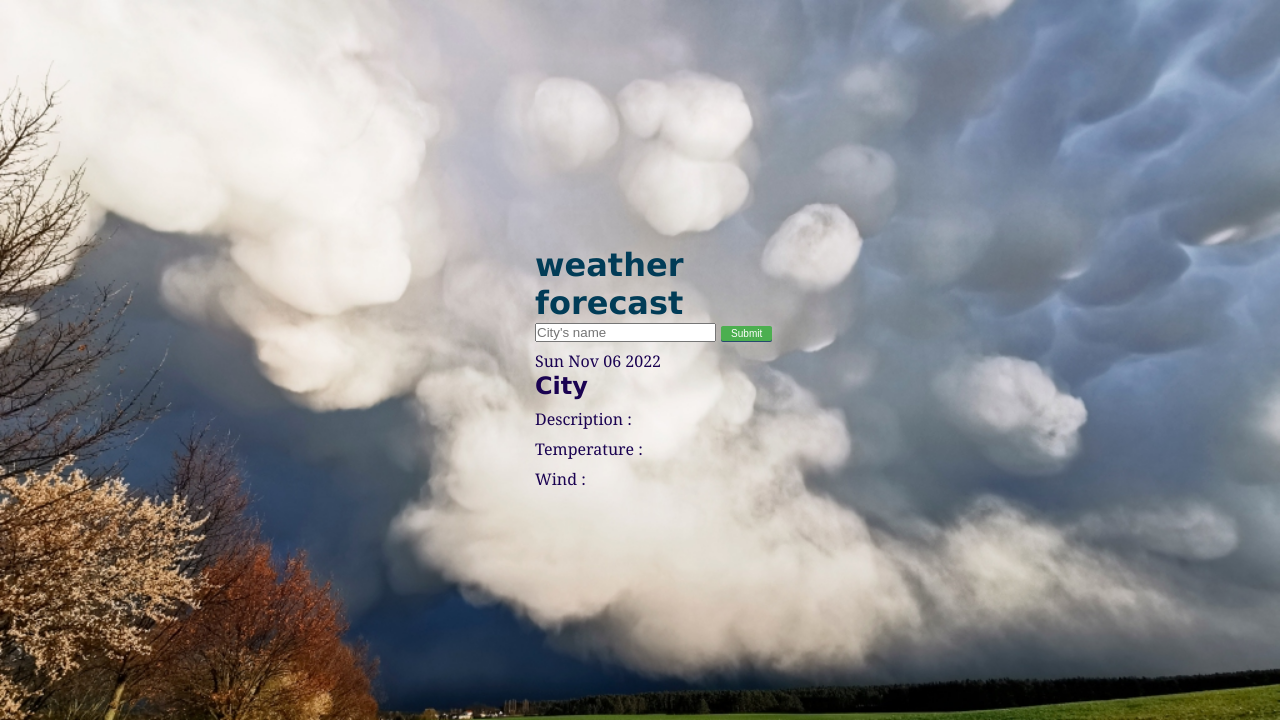
Repository: heartbreathing/searchWeather
Page: index.html
The author's editor kept a copy of each file at every save. The page is drawn from the files as they stood at one save, then again after the next save.
The browser window is 1280 px wide. The pictures show the whole page.

Above is the page before, as saved 2022-11-07 09:08:40.

### index.html
<!DOCTYPE html>
<html lang="en">
  <head>
    <meta charset="UTF-8" />
    <meta http-equiv="X-UA-Compatible" content="IE=edge" />
    <meta name="viewport" content="width=device-width, initial-scale=1.0" />
    <title>search_weather</title>
    <link rel="stylesheet" href="index.css" />
  </head>
  <body>
    <div class="content">
      <h1>weather forecast</h1>

      <form class="form">
        <input type="text" name="name" placeholder="City's name" />
        <button type="submit" class="btn">Submit</button>
      </form>
      <div class="time content_line"></div>
      <h2><span class="name capitalize">City</span></h2>
      <p class="content_line">Description :<span class="description"></span></p>
      <p class="content_line">
        Temperature : <span class="temperature"></span>
      </p>
      <p class="content_line">Wind :<span class="wind"></span></p>
    </div>

    <script src="index.js"></script>
  </body>
</html>

### index.css
* {
    margin: 0;
    padding: 0;
    box-sizing: border-box ;
}
body {
    background-color: rgb(148, 141, 247);
    background-image: url(./image/background_image.jpg);
    background-repeat: no-repeat;
    background-size:cover;
    font-family: 'Lucida Sans', 'Lucida Sans Regular', 'Lucida Grande', 'Lucida Sans Unicode', Geneva, Verdana, sans-serif ;
    color: rgb(26, 2, 81);
}
.content {
    position: absolute;
    display: inline-block;
    width: 300px;
    top:50%;
    left:50%;
    transform: translate(-35%, -50%);
    row-gap: 1rem;
}
h1 {
    margin-top: 1rem;
    color: rgb(1, 60, 87);
}
.content_line {
    font-family:Cambria, Cochin, Georgia, Times, 'Times New Roman', serif ;
    font-size: 1rem;
    margin-top: 0.5rem;
}
.btn {
    background-color: #4CAF50; /* Green */
    border: none;
    color: white;
    padding: 2px 10px;
    text-align: center;
    text-decoration: none;
    display: inline-block;
    font-size: 10px;
    border-radius: 2px;
    box-shadow: 0 1px #27496d;

}
.capitalize{

    text-transform: capitalize;

    }

### index.js
    "use strict";
      let timeEl = document.querySelector('.time')

      function getTime(){
        timeEl.innerHTML = new Date().toDateString()
      }
      getTime()

      let form = document.querySelector('.form');
      let city;

      async function getData() {
        let res = await fetch(
          `https://goweather.herokuapp.com/weather/${city}`
        );
        const data = await res.json();

        const temp = document.querySelector('.temperature');
        const wind = document.querySelector('.wind');
        const forecast = document.querySelector('.content');
        const description = document.querySelector('.description');
        const name = document.querySelector('.name')

        temp.innerHTML = data.temperature;
        wind.innerHTML = data.wind;
        description.innerHTML = data.description;
        name.innerHTML = city

      }

      form.addEventListener('submit', function (event) {
        event.preventDefault();
        city = this.elements.name.value;
        getData();
      });

After the next save:
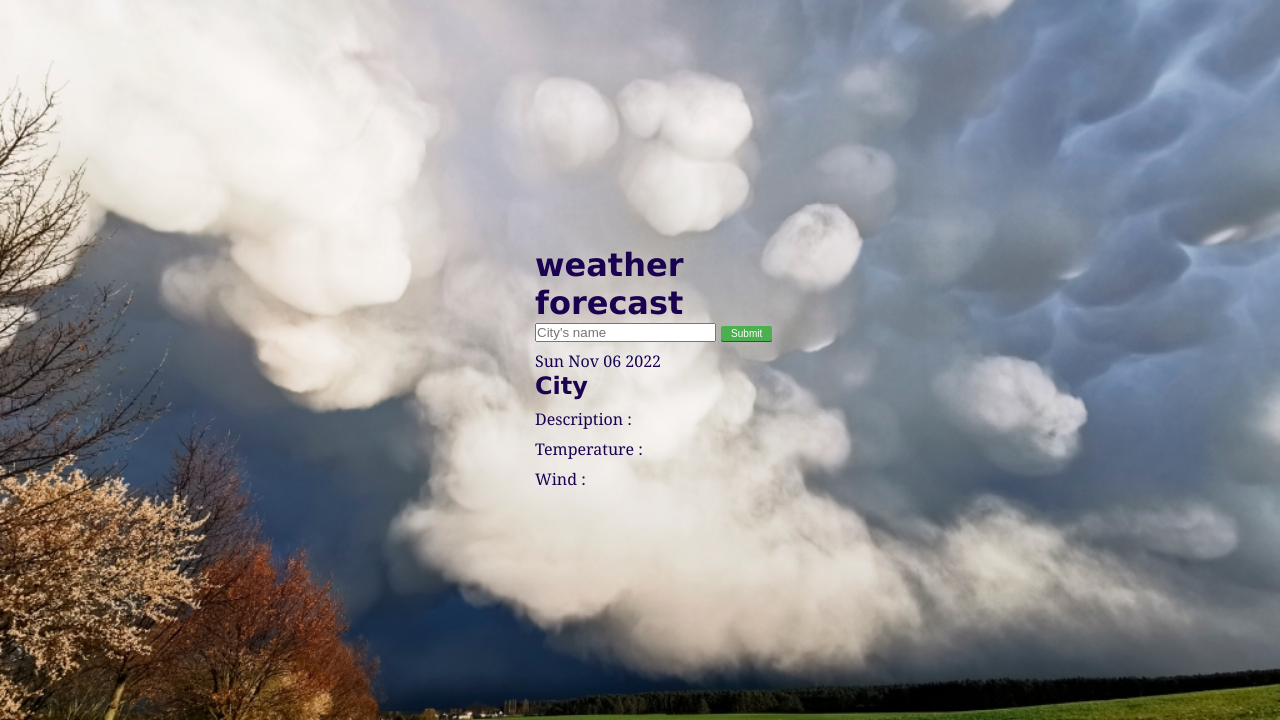
Saved 12 s later.
--- a/index.css
+++ b/index.css
@@ -22,7 +22,7 @@ body {
 }
 h1 {
     margin-top: 1rem;
-    color: rgb(1, 60, 87);
+
 }
 .content_line {
     font-family:Cambria, Cochin, Georgia, Times, 'Times New Roman', serif ;
